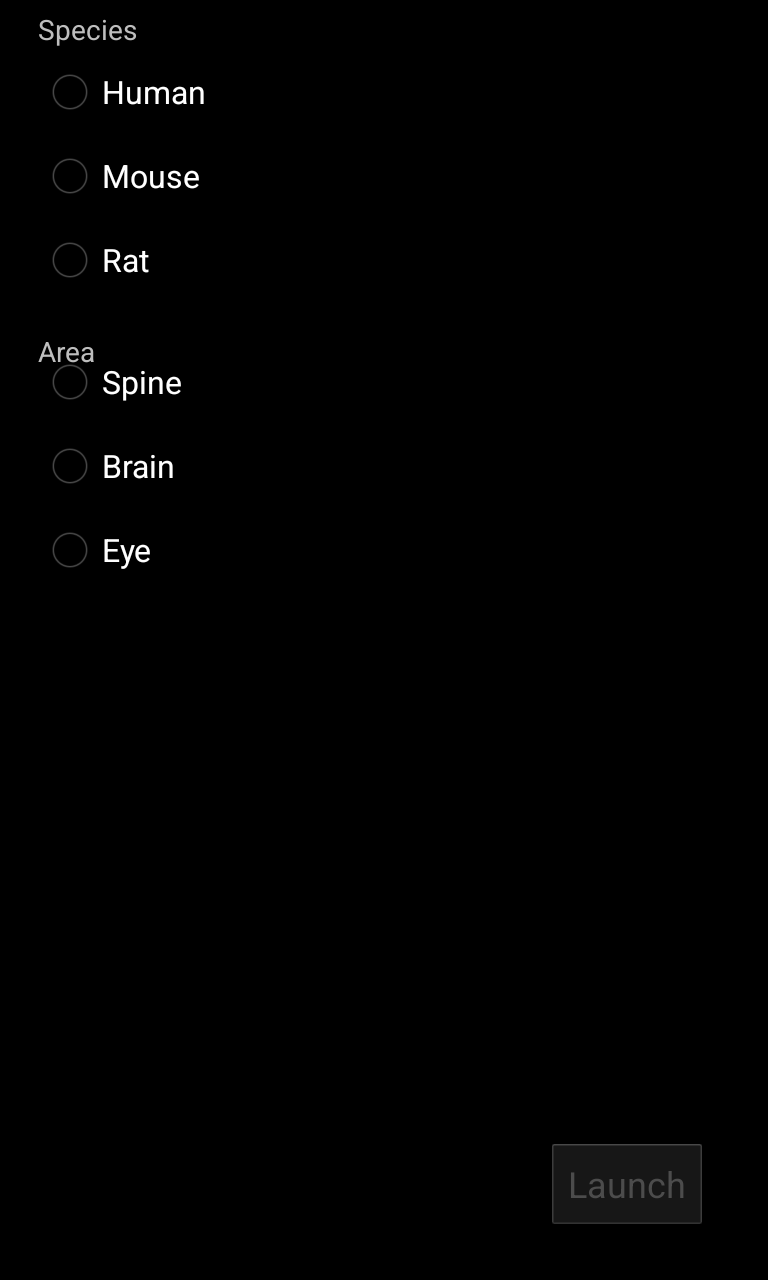
Repository: Ekarg/CSCE315Project3
Layout: Project3/res/layout/activity_main.xml
These files come from the project's save history. The layout is drawn as it stood at one moment and after the next save; the edit follows.
It is drawn on a 768 x 1280 px phone screen (xhdpi) without system bars, with theme android:Theme.Holo; the app's code is not run.

Above is the layout before, as saved 2013-11-27 20:21:48.

After the next save:
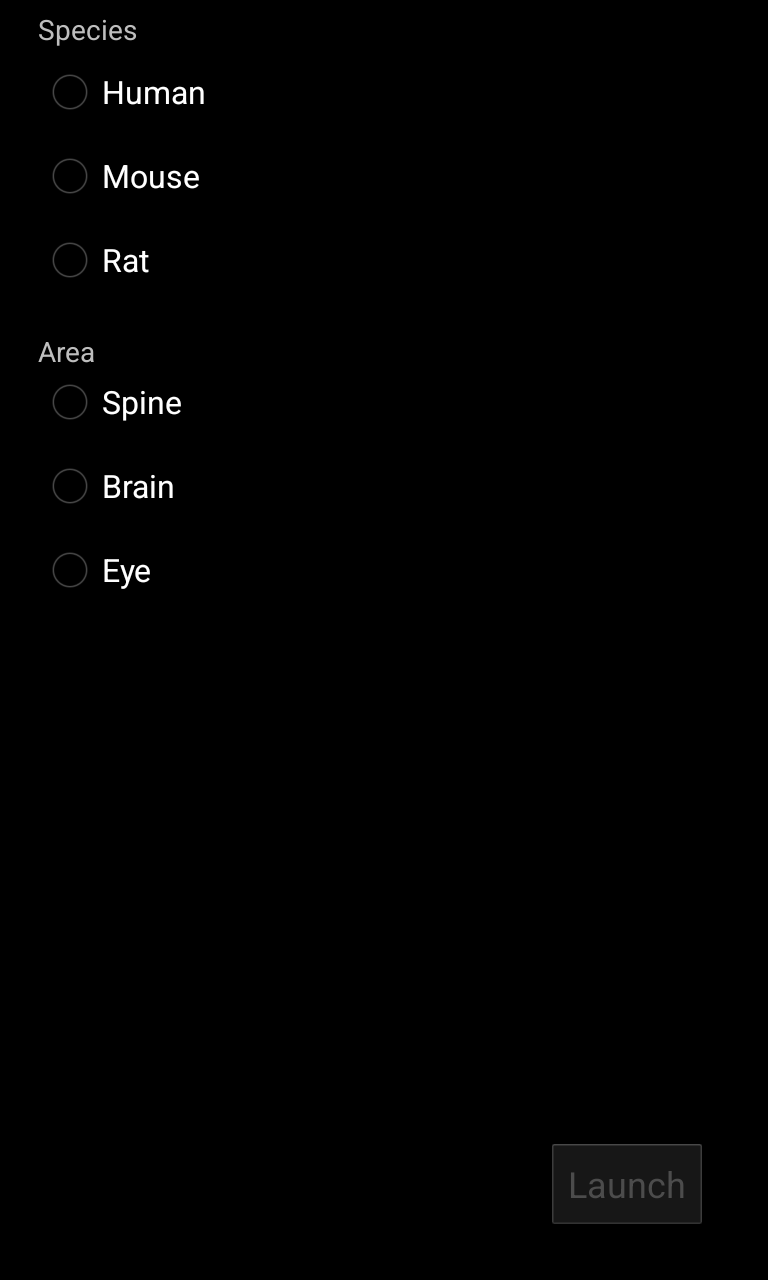
Saved 18 s later.
--- a/Project3/res/layout/activity_main.xml
+++ b/Project3/res/layout/activity_main.xml
@@ -91,7 +91,7 @@
             android:layout_height="wrap_content"
             android:layout_marginLeft="14dp"
             android:checked = "false"
-            android:layout_marginTop="170dp"
+            android:layout_marginTop="180dp"
 	        android:onClick="onRadioButtonClicked"
 	        android:text="@string/spine" />
 
